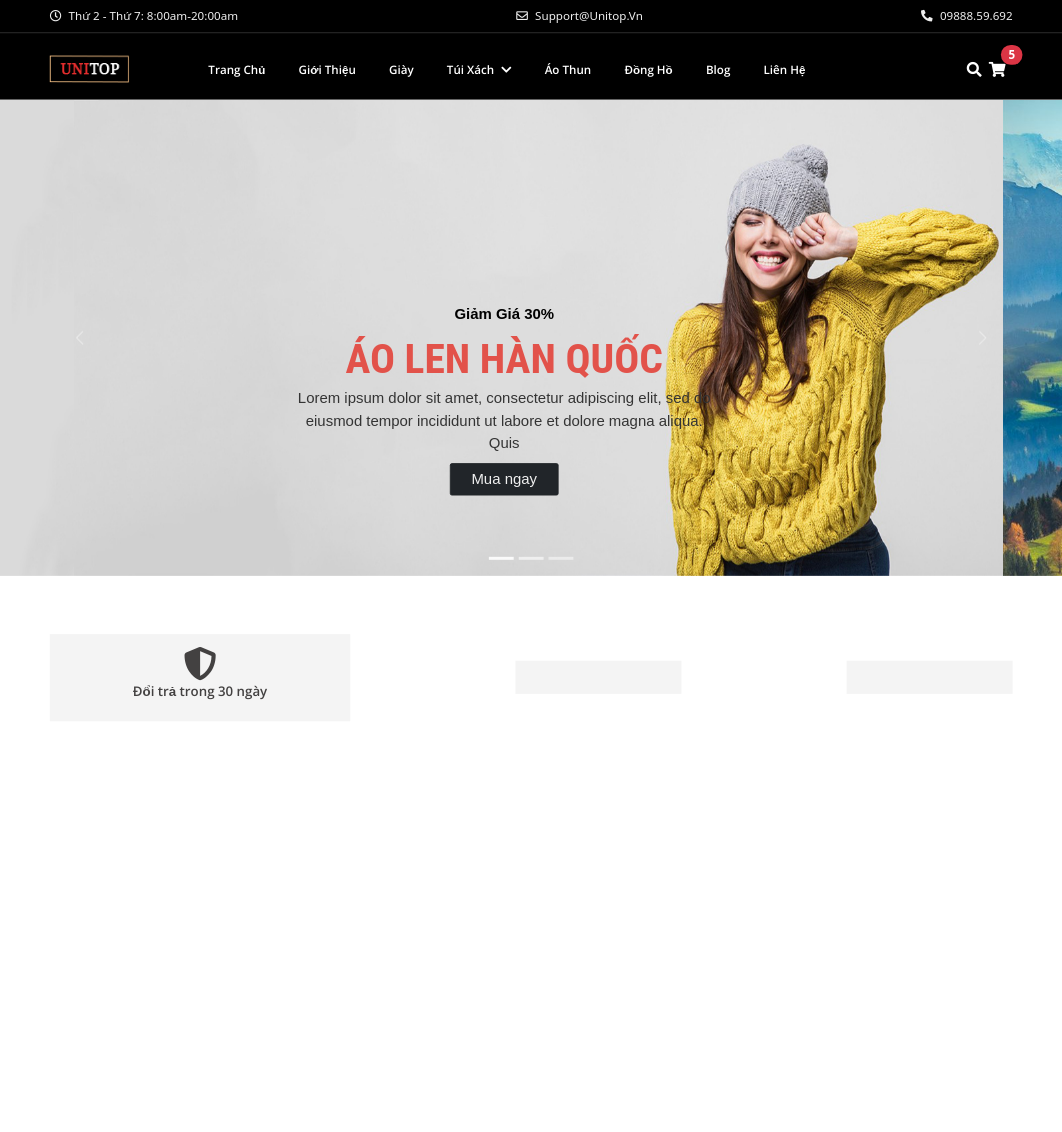
Repository: vinhtk0209/clothes-shop
Page: index.html
The author's editor kept a copy of each file at every save. The page is drawn from the files as they stood at one save, then again after a run of saves.
The browser window is 1280 px wide. The pictures show the whole page, at 83% of full size.

Above is the page before, as saved 2021-10-04 17:23:52.

After the next 2 saves:
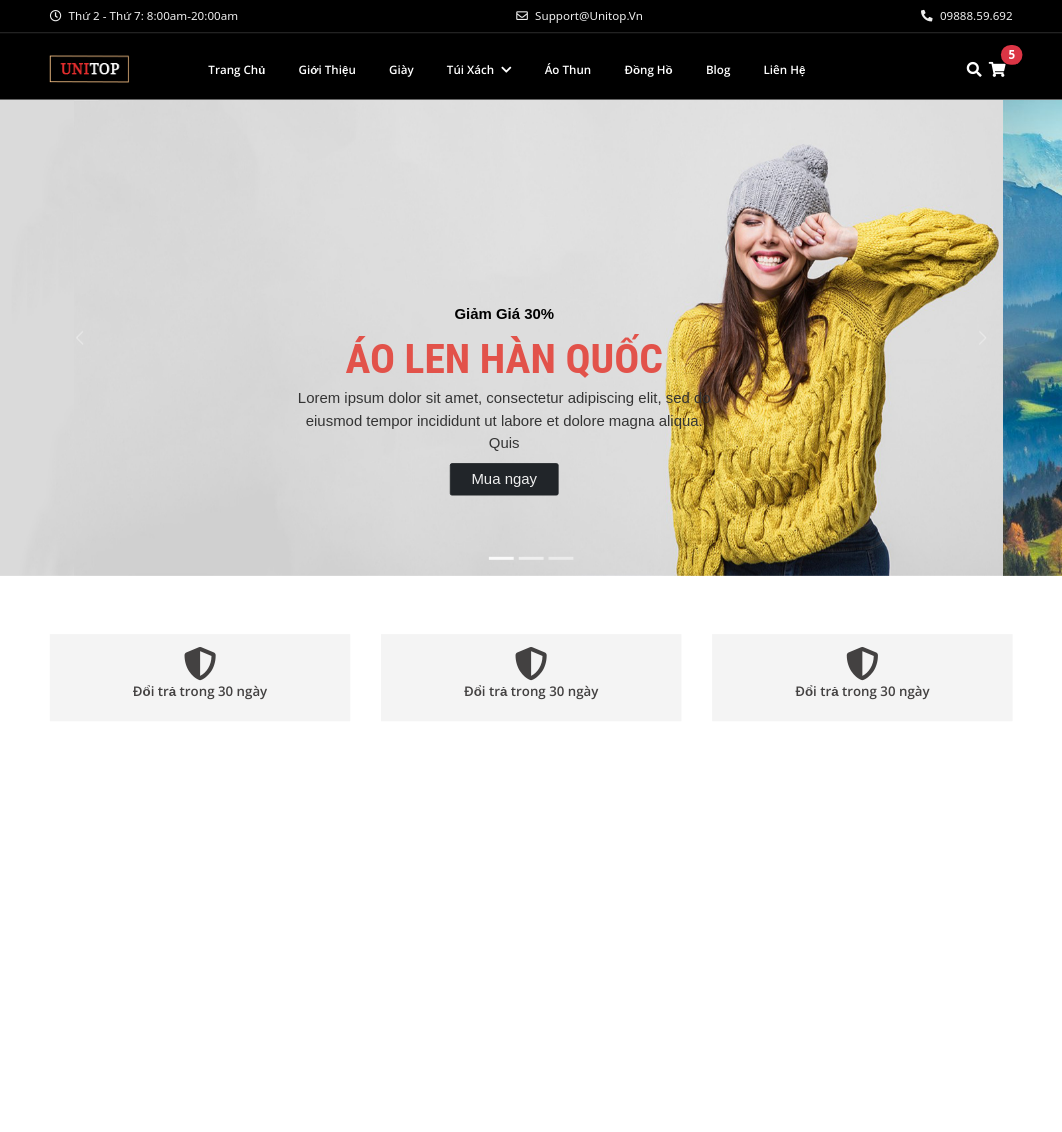
The 2 saves are shown as one change because they came seconds apart.
The last was saved 49 s later.
--- a/index.html
+++ b/index.html
@@ -240,11 +240,23 @@
           </div>
           <!-- END RETURN TIME -->
           <div class="special__offer--support-phone box-offer">
-
+            <span class="icon-return-time d-block ">
+              <!-- icon return  -->
+              <i class="fas fa-shield-alt fs-40"></i>
+            </span>
+            <p class="special__offer--descr m-0 ">
+              Đổi trả trong 30 ngày
+            </p>
           </div>
           <!-- END SUPPORT PHONE -->
           <div class="special__offer--freeship box-offer">
-
+            <span class="icon-return-time d-block ">
+              <!-- icon return  -->
+              <i class="fas fa-shield-alt fs-40"></i>
+            </span>
+            <p class="special__offer--descr m-0 ">
+              Đổi trả trong 30 ngày
+            </p>
           </div>
           <!-- END FREESHIP -->
         </div>
